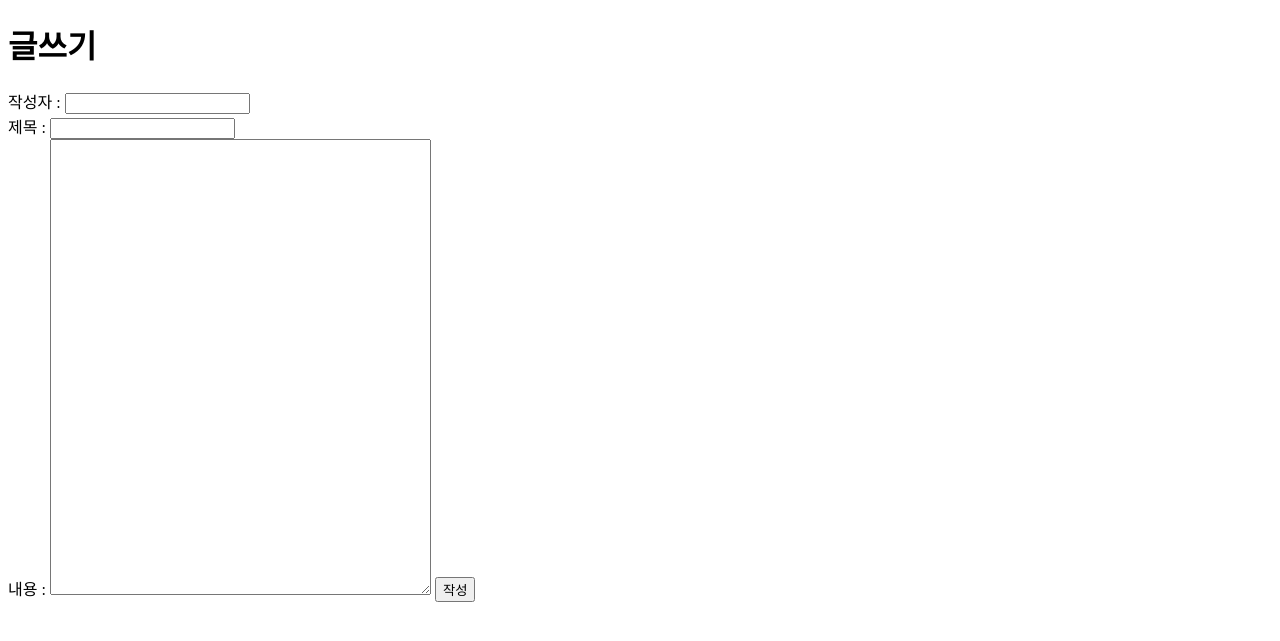
Repository: sanghshlsh/workspace_jsp
Page: http://localhost/Board/insert.jsp
An editor plug-in stored every save of this project. The page is shown before and after the next save, followed by the edit.
The browser window is 1280 px wide. The pictures show the whole page.
The page is served by Tomcat 9.

Above is the page before, as saved 2020-06-05 07:14:04.

After the next save:
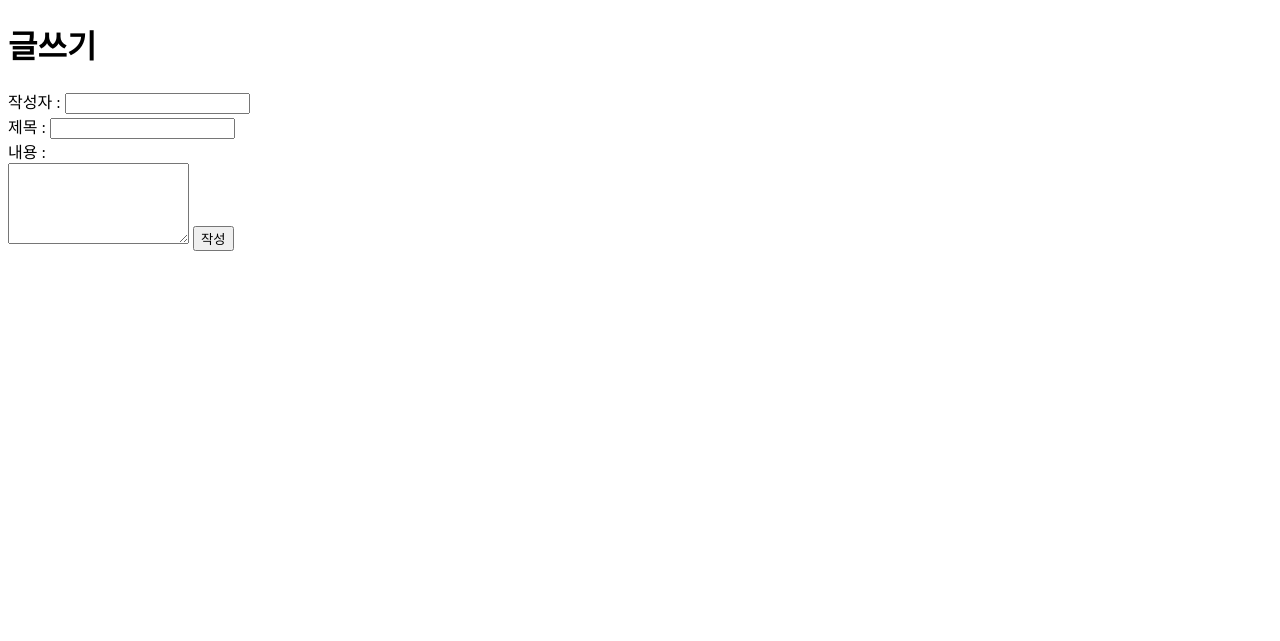
Saved 56 s later.
--- a/Board/WebContent/insert.jsp
+++ b/Board/WebContent/insert.jsp
@@ -19,8 +19,8 @@
 	<form action="write.do" method="post">
 	작성자 : <input name="writer"><br>
 	제목 : <input name="title"><br>
-	내용 :
-	<textarea rows="30" cols="45" name="content"></textarea>
+	내용 : <br>
+	<textarea rows="5" name="content"></textarea>
 	<input type="submit" value="작성">
 	</form>
 
